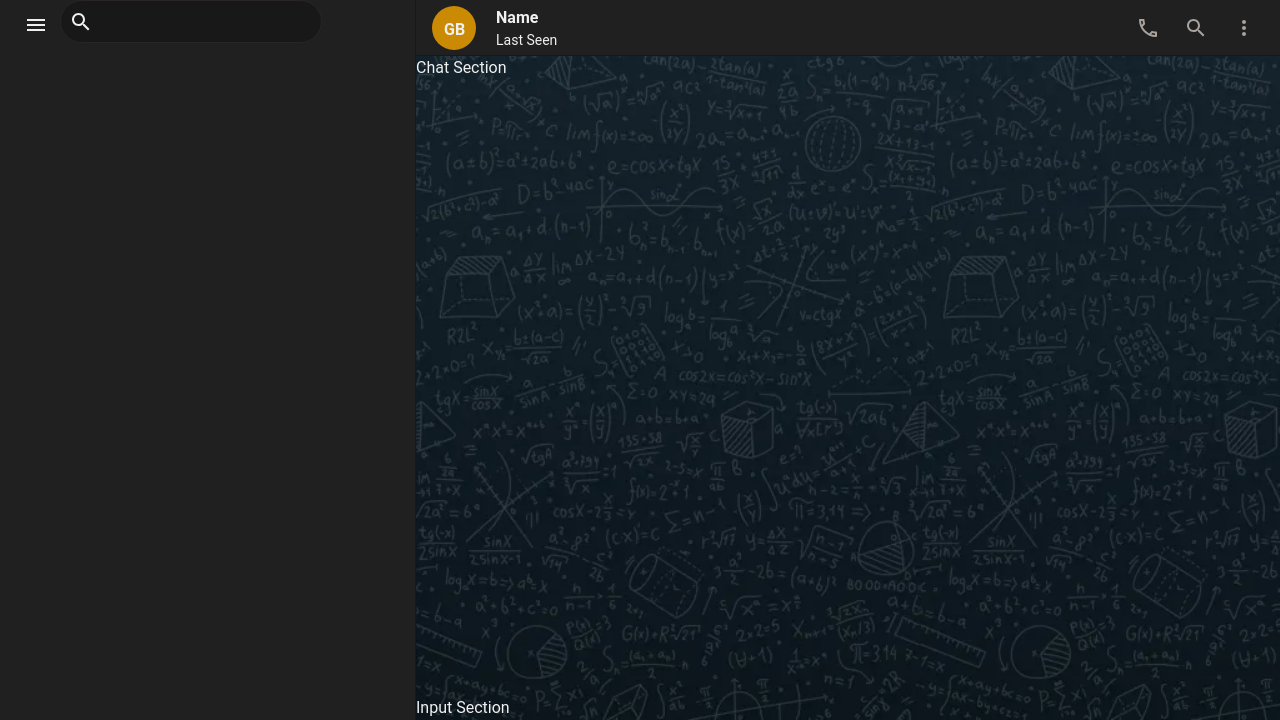
Repository: Qu4ntumGuy/telegram-clone
Page: /
An editor plug-in stored every save of this project. The page is shown before and after the next save, followed by the edit.
The browser window is 1280 px wide. The pictures show the whole page.
The project was rebuilt for these pictures with package versions that can differ from the ones it lists, and the page was loaded fresh each time. Also part of the build but not shown: src/Utils/ContextProvider.js, src/Pages/ChatPage.js/ChatPage.js.

Above is the page before, as saved 2024-07-15 12:31:05.

### src/index.css
@tailwind base;
@tailwind components;
@tailwind utilities;

:root {
  font-family: "Roboto", sans-serif;
  color-scheme: light;
  body {
    @apply bg-[#181818] text-[#f0f0f0];
  }
}
/*
:root {
  @apply bg-[#181818];
} */

### src/App.js
import { Routes, BrowserRouter, Route } from "react-router-dom";
import Sidebar from "./Components/Sidebar";
import Home from "./Pages/Home/Home";
import ChatPage from "./Pages/ChatPage.js/ChatPage";

function App() {
  return (
    <div className="flex max-w-[105rem] mx-auto">
      <Sidebar />
      <BrowserRouter>
        <Routes>
          <Route path="/" element={<Home />} />
          <Route path="/k/:id" element={<ChatPage />} />
        </Routes>
      </BrowserRouter>
      {/* <Home /> */}
    </div>
  );
}

export default App;

### src/Components/Sidebar.js
import React from "react";
import { useComponentContext } from "../Utils/ContextProvider";
import MenuIcon from "@mui/icons-material/Menu";
import SearchIcon from "@mui/icons-material/Search";

function Sidebar() {
  const context = useComponentContext();
  return (
    <div className="w-full md:max-w-[26rem] bg-[#202020] border-r border-[#181818] h-screen">
      <div className="flex px-3 h-14 w-full">
        <div className="p-2 m-1">
          <MenuIcon />
        </div>
        <div>
          <div className="flex border border-stone-800 rounded-full p-2 bg-[#181818]">
            <div className="">
              <SearchIcon />
            </div>
            <form>
              <input className="w-full bg-inherit" />
            </form>
          </div>
        </div>
      </div>
      <div></div>
    </div>
  );
}

export default Sidebar;

### src/Pages/Home/Home.js
import React from "react";
import backgroundImage from "../../Assets/Desktop.webp";
import Topbar from "../../Components/Topbar";

function Home() {
  const image =
    "https://blog.1a23.com/wp-content/uploads/sites/2/2020/02/pattern_02-150x150.png";

  //   const divStyle = {
  //     width: "100%",
  //     height: "100vh", // Adjust the height as needed
  //     backgroundImage: `url(${backgroundImage})`,
  //     backgroundSize: "cover", // Ensures the image covers the entire div
  //     backgroundPosition: "center", // Centers the image
  //   };
  return (
    <div
      className="md:flex flex-col justify-center bg-cover h-screen hidden md:w-full "
      style={{ backgroundImage: `url(${backgroundImage})` }}
    >
      <div className="top-0 mb-auto h-14 bg-[#202020] border-b border-[#181818]">
        <Topbar />
      </div>
      <div className="flex flex-col h-full">
        <div className="top-0">Chat Section</div>
        <div className="bottom-0 mt-auto">Input Section</div>
      </div>
    </div>
  );
}

export default Home;

### src/Components/Topbar.js
import React from "react";
import CallOutlinedIcon from "@mui/icons-material/CallOutlined";
import SearchIcon from "@mui/icons-material/Search";
import MoreVertIcon from "@mui/icons-material/MoreVert";

function Topbar() {
  return (
    <div className="flex px-4 h-14">
      <div className="flex-1 flex items-center">
        <div className="bg-yellow-600 p-3 rounded-full h-11 w-11 text-center align-middle font-bold">
          <div className="text-center align-middle">GB</div>
        </div>
        <div className="flex flex-col pl-5 w-full">
          <div className="font-semibold">Name</div>
          <div className="text-sm"> Last Seen</div>
        </div>
      </div>
      <div className="flex items-center space-x-2 font-semibold pl-3 text-stone-400">
        <div className=" rounded-full cursor-pointer hover:bg-stone-700 hover:bg-opacity-30 p-2">
          <CallOutlinedIcon />
        </div>
        <div className=" rounded-full cursor-pointer hover:bg-stone-700 hover:bg-opacity-30 p-2">
          <SearchIcon />
        </div>
        <div className=" rounded-full cursor-pointer hover:bg-stone-700 hover:bg-opacity-30 p-2">
          <MoreVertIcon />
        </div>
      </div>
    </div>
  );
}

export default Topbar;

Loaded but not shown: public/index.html (common file); src/index.js (common file); src/reportWebVitals.js (common file); tailwind.config.js (common file)

After the next save:
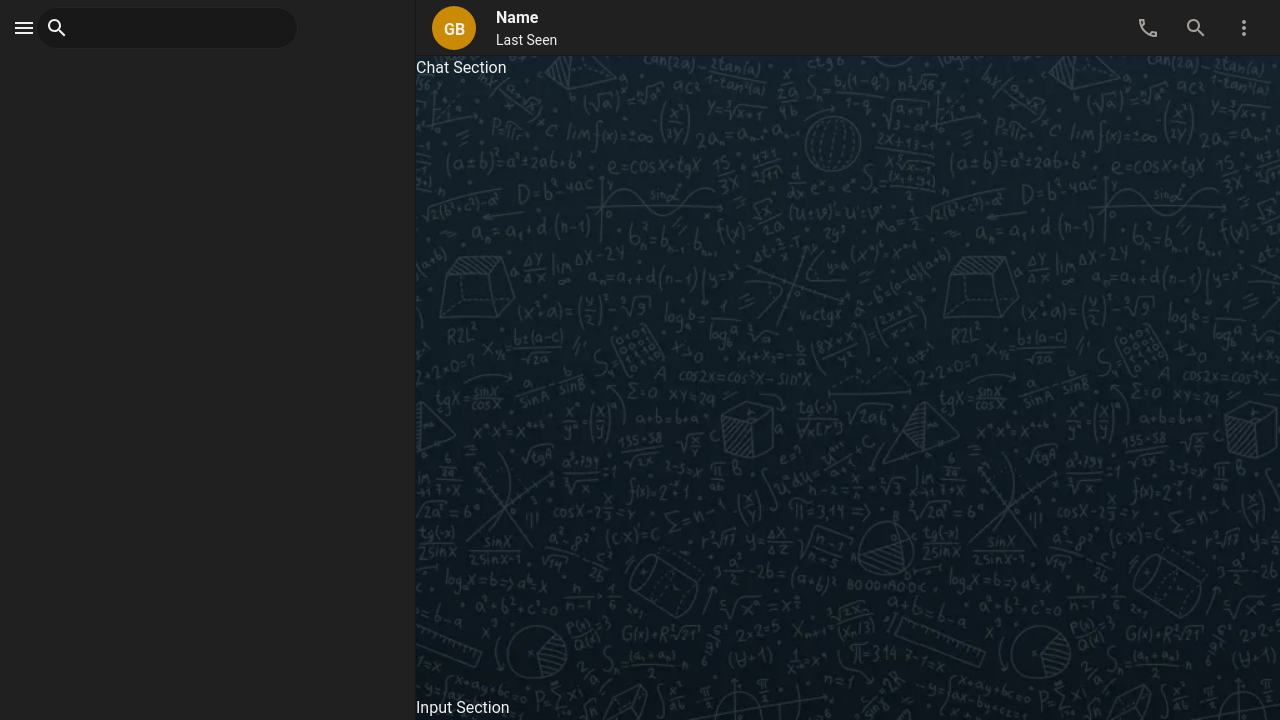
Saved 18 s later.
--- a/src/Components/Sidebar.js
+++ b/src/Components/Sidebar.js
@@ -7,8 +7,8 @@ function Sidebar() {
   const context = useComponentContext();
   return (
     <div className="w-full md:max-w-[26rem] bg-[#202020] border-r border-[#181818] h-screen">
-      <div className="flex px-3 h-14 w-full">
-        <div className="p-2 m-1">
+      <div className="flex items-center px-3 h-14 w-full">
+        <div className="">
           <MenuIcon />
         </div>
         <div>
